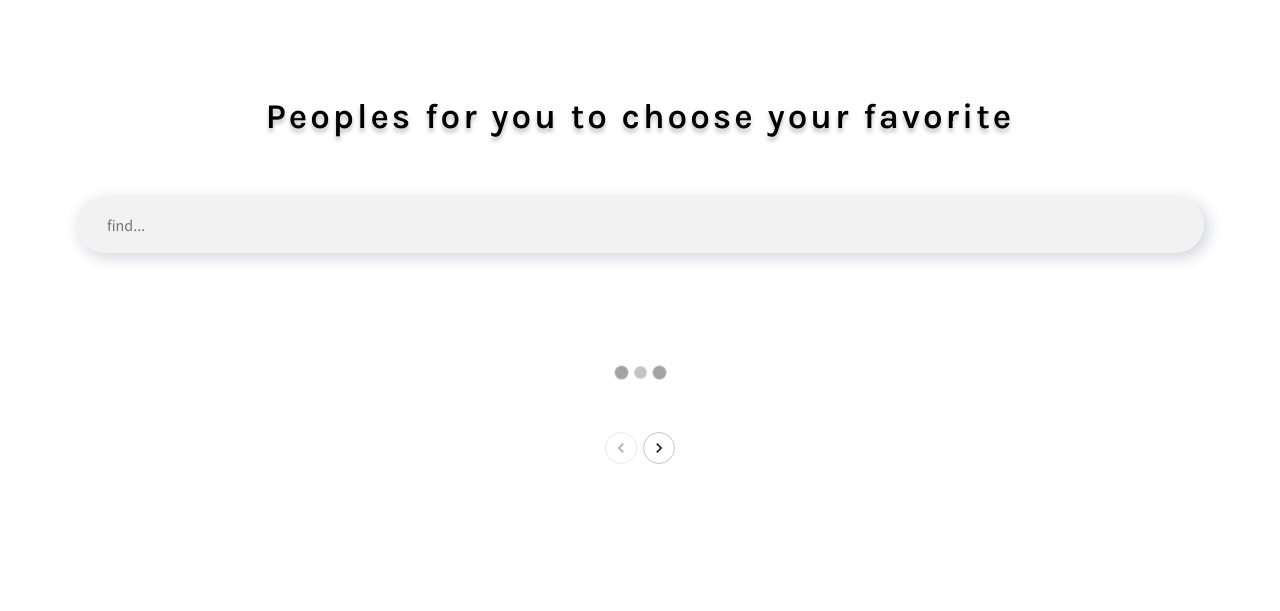
Repository: Alexey2236/starwars
Page: /#/characters
An editor plug-in stored every save of this project. The page is shown before and after the next save, followed by the edit.
The browser window is 1280 px wide. The pictures show the whole page.
The page's requests for data from a server got no answer. The project was rebuilt for these pictures with package versions that can differ from the ones it lists, and the page was loaded fresh each time. No one was signed in, and anything a server would have sent is missing. Also part of the build but not shown: src/pages/homePage/homePage.css, src/pages/homePage/HomePage.jsx, src/components/charCard/charCard.css, src/components/charCard/CharCard.jsx, src/components/modal/modal.css, src/components/modal/Modal.jsx, src/pages/errorPage/errorPage.css, src/pages/errorPage/ErrorPage.jsx.

Above is the page before, as saved 2022-10-30 12:36:04.

### public/index.html
<!DOCTYPE html>
<html lang="en">
  <head>
    <meta charset="utf-8" />
    <link rel="icon" href="%PUBLIC_URL%/favicon.ico" />
    <meta name="viewport" content="width=device-width, initial-scale=1" />
    <meta name="theme-color" content="#000000" />
    <meta
      name="description"
      content="Web site created using create-react-app"
    />
    <link rel="apple-touch-icon" href="%PUBLIC_URL%/logo192.png" />

    <link rel="manifest" href="%PUBLIC_URL%/manifest.json" />

    <title>Star Wars</title>
  </head>
  <body>
    <noscript>You need to enable JavaScript to run this app.</noscript>
    <div id="root"></div>
  </body>
</html>

### src/index.js
import React from "react";
import ReactDOM from "react-dom/client";
import "./index.css";
import App from "./App";
import { rootReducer } from "./redux/rootReducer";
import { Provider } from "react-redux";
import { createStore, compose, applyMiddleware } from "redux";
import thunk from "redux-thunk";

const store = createStore(rootReducer, compose(applyMiddleware(thunk)));

const root = ReactDOM.createRoot(document.getElementById("root"));
root.render(
  <Provider store={store}>
    <App />
  </Provider>
);

### src/index.css
@import url("https://fonts.googleapis.com/css2?family=Karla:wght@200;300;400;500;600;700;800&family=Source+Sans+Pro&display=swap");
body {
  font-family: "Karla", sans-serif;
  font-family: "Source Sans Pro", sans-serif;
  padding: 0;
  margin: 0;
}
* {
  box-sizing: border-box;
  text-decoration: none;
}
input:active {
  border: none;
}

.container {
  max-width: 1125px;
  margin: 0 auto;
}

### src/App.js
import { HashRouter, Routes, Route } from "react-router-dom";
import HomePage from "./pages/homePage/HomePage";
import CharactersPage from "./pages/charactersPage/CharactersPage";
import ErrorPage from "./pages/errorPage/ErrorPage";
import Header from "./components/header/Header";
function App() {
  return (
    <HashRouter basename="/">
      <div className="App">
        {window.location.pathname === "/" ||
        window.location.pathname === "characters" ? null : (
          <Header />
        )}
        <Routes>
          <Route exact path="/" element={<HomePage />} />
          <Route exact path="/characters" element={<CharactersPage />} />
          <Route path="*" element={<ErrorPage />} />
        </Routes>
      </div>
    </HashRouter>
  );
}

export default App;

### src/redux/rootReducer.js
import { combineReducers } from "redux";
import { charactersReducer } from "./charReducer";
import {descrCharReducer} from './descrCharReducer'
export const rootReducer = combineReducers({
 characters: charactersReducer,
 charItemDescr: descrCharReducer,
 search:charactersReducer
});

### src/pages/charactersPage/CharactersPage.jsx
import CharCard from "../../components/charCard/CharCard";
import Modal from "../../components/modal/Modal";
import { useState, useEffect } from "react";
import { charLoad, getDescrChar, searchChar } from "../../redux/actions";
import { useSelector, useDispatch } from "react-redux";
import { BeatLoader } from "react-spinners";
import Pagination from "@mui/material/Pagination";
import Stack from "@mui/material/Stack";

import "./characters.css";

function CharactersPage() {
  const [openModal, setOpenModal] = useState(false);
  const [value, setValue] = useState("");
  const [page, setPage] = useState(1);

  const dispatch = useDispatch();
  let characters = useSelector((state) => state.characters);
  const charDescrItem = useSelector((state) => state.charItemDescr);

  const openModalFn = () => {
    setOpenModal(true);
  };
  const closeModalFn = () => {
    setOpenModal(false);
  };



  function searchCharacters(e, value) {
    dispatch(searchChar(value));
    setValue(e.target.value);

  }


  function getDescrCharacters(url) {
    openModalFn(true);
    dispatch(getDescrChar(url));
  }

  useEffect(() => {
    dispatch(charLoad(page));
  }, [page]);

  return (
    <div className="characters-page">
      <h1 className="char-title">
        {characters.count} Peoples for you to choose your favorite
      </h1>
      <input
        className="char-search"
        type="text"
        placeholder="find..."
        value={value}
        onChange={(e) => searchCharacters(e, value)}
      />
      <div className="char-list">
        {characters.results ? (
          characters.results.map((char) => {
            return (
              <CharCard
                openModalFn={openModalFn}
                key={char.name}
                char={char}
                getDescrCharacters={getDescrCharacters}
              />
            );
          })
        ) : (
          <BeatLoader color="grey" />
        )}
      </div>
      {openModal === true ? (
        <Modal closeModalFn={closeModalFn} charDescrItem={charDescrItem} />
      ) : null}

      {characters ? (
        <Stack spacing={2}>
          <Pagination
            count={Math.ceil(+characters.count / 10)}
            variant="outlined"
            color="primary"
            page={page}
            style={{ marginTop: "50px" }}
            onChange={(_, num) => setPage(num)}
          />
        </Stack>
      ) : null}
    </div>
  );
}

export default CharactersPage;

### src/redux/charReducer.js
import { CHAR_LOAD, SEARCH_CHAR } from "./types";

export const charactersReducer = (state = [], action) => {
  switch (action.type) {
    case CHAR_LOAD:
      return { ...state, ...action.data };
    case SEARCH_CHAR:
      return { ...state, ...action.searchData};
    default:
      return state;
  }
};

### src/redux/descrCharReducer.js
import { GET_DESCR_CHAR } from "./types";

export const descrCharReducer = (state = {}, action) => {
  switch (action.type) {
    case GET_DESCR_CHAR:
      return { ...state, ...action.data };
    default:
      return state;
  }
};

### src/redux/actions.js
import { CHAR_LOAD, GET_DESCR_CHAR, SEARCH_CHAR } from "./types";

export function charLoad(page = 1) {
  return async (dispatch) => {
    const res = await fetch(`https://swapi.dev/api/people/?page=${page}`);
    const jsonData = await res.json();
    dispatch({
      type: CHAR_LOAD,
      data: jsonData,
    });
  };
}

export function getDescrChar(url) {
  return async (dispatch) => {
    const res = await fetch(url);
    const descrData = await res.json();
    dispatch({
      type: GET_DESCR_CHAR,
      data: descrData,
    });
  };
}

export function searchChar(value) {
  return async (dispatch) => {
    const res = await fetch(`https://swapi.dev/api/people/?search=${value}`);
    const searchData = await res.json();
    dispatch({
      type: SEARCH_CHAR,
      searchData,
    });
  };
}

### src/pages/charactersPage/characters.css
.characters-page {
  padding: 73px 157px;
  display: flex;
  flex-direction: column;
  align-items: center;
}

.char-title {
  font-family: "Karla";
  font-style: normal;
  font-weight: 600;
  font-size: 35px;
  line-height: 41px;
  text-align: center;
  letter-spacing: 3px;
  color: #000000;
  text-shadow: 0px 4px 4px rgba(0, 0, 0, 0.25);
}

.char-search {
  margin-top: 36px;
  padding: 18px 896px 18px 31px;
  background: #f2f2f2;
  border: none;
  box-shadow: 4px 4px 16px rgba(1, 28, 64, 0.2);
  border-radius: 40px;
  font-family: "Source Sans Pro";
  font-style: normal;
  font-weight: 400;
  font-size: 16px;
  line-height: 20px;
  color: rgba(33, 33, 33, 0.8);
}

.char-list {
  margin-top: 110px;
  display: flex;
  justify-content: center;
  flex-wrap: wrap;
  row-gap: 45px;
  column-gap: 34px;
}

.button-wrapper{
  margin-top: 30px;
  display: flex;
  column-gap: 100px;
}

### src/redux/types.js
export const CHAR_LOAD = 'CHAR_LOAD';
export const GET_DESCR_CHAR = 'GET_DESCR_CHAR';
export const SEARCH_CHAR = 'SEARCH_CHAR';

### src/components/header/Header.jsx
import { Link, NavLink } from "react-router-dom";
import logo from "../../img/logo.png";
import "./header.css";
function Header() {


  return (
    <div className="header">
      <Link className="logo" to="/">
        <img src={logo} alt="logo" />
      </Link>
      <nav className="nav">
        <NavLink end className={({isActive})=> isActive ? 'active-link'  : 'hghg'} to="/">
          Home
        </NavLink>
        <NavLink className={({isActive})=> isActive ? 'active-link' : 'fhfh'} to="/characters">
          Characters
        </NavLink>
      </nav>
    </div>
  );
}

export default Header;

### src/components/header/header.css
.header {
  display: flex;
  align-items: center;
  justify-content: space-between;
  padding: 10px 157px;
  background: #1f2a63;
  box-shadow: 0px 4px 16px rgba(136, 146, 160, 0.2);
  border-bottom: 2px solid rgba(136, 146, 160, 0.2);
}

.nav {
  display: flex;
  column-gap: 74px;
}

.header a {
  font-family: "Karla";
  font-style: normal;
  font-weight: 400;
  font-size: 25px;
  line-height: 29px;

  color: #f6f7f9;
}

.active-link {
  border-bottom: 3px solid #cfdab0;
}

After the next save:
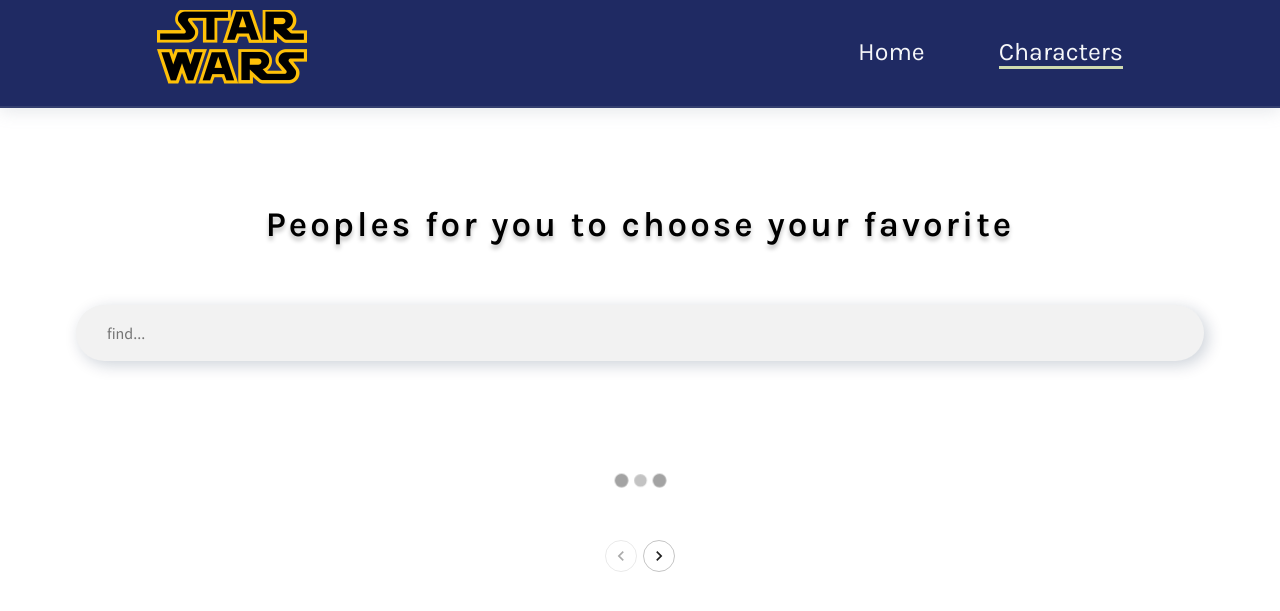
Saved 42 s later.
--- a/src/App.js
+++ b/src/App.js
@@ -7,8 +7,8 @@
   return (
     <HashRouter basename="/">
       <div className="App">
-        {window.location.pathname === "/" ||
-        window.location.pathname === "characters" ? null : (
+        {window.location.pathname === "/starwars#/" ||
+        window.location.pathname === "/starwars#/characters" ? null : (
           <Header />
         )}
         <Routes>

After the 3 saves that followed:
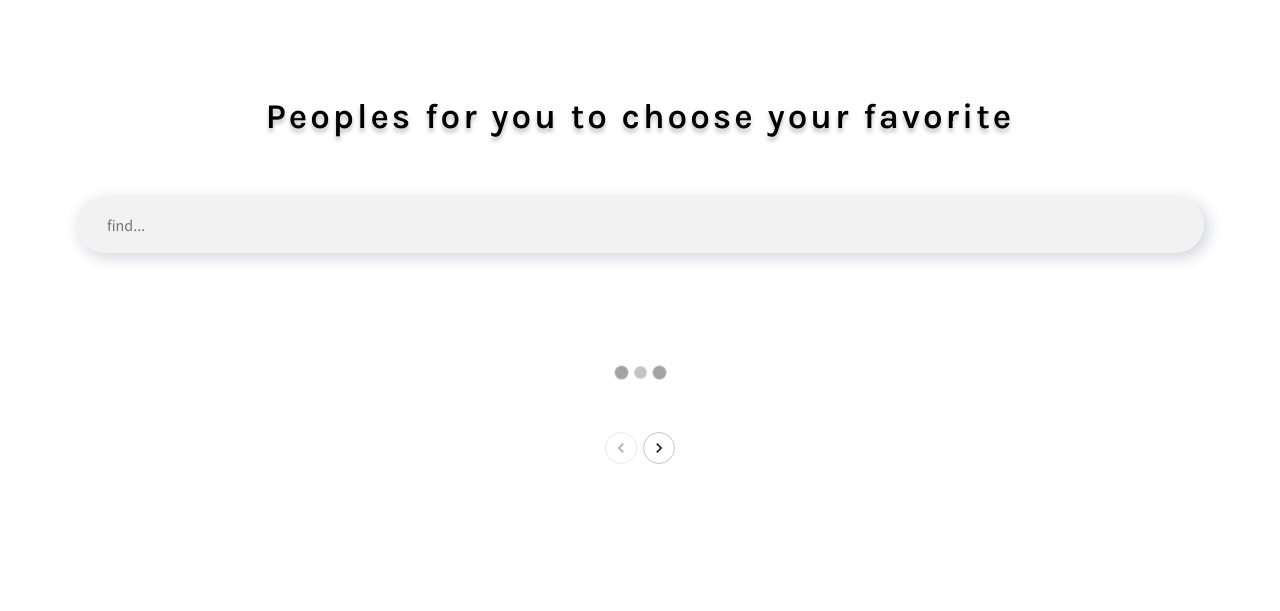
The 3 saves are shown as one change because 2 left the picture as it was.
The last was saved 2 min 25 s later.
--- a/src/App.js
+++ b/src/App.js
@@ -7,8 +7,8 @@
   return (
     <HashRouter basename="/">
       <div className="App">
-        {window.location.pathname === "/starwars#/" ||
-        window.location.pathname === "/starwars#/characters" ? null : (
+        {window.location.pathname !== "/starwars#/" ||
+        window.location.pathname !== "/starwars#/characters/" ? null : (
           <Header />
         )}
         <Routes>
